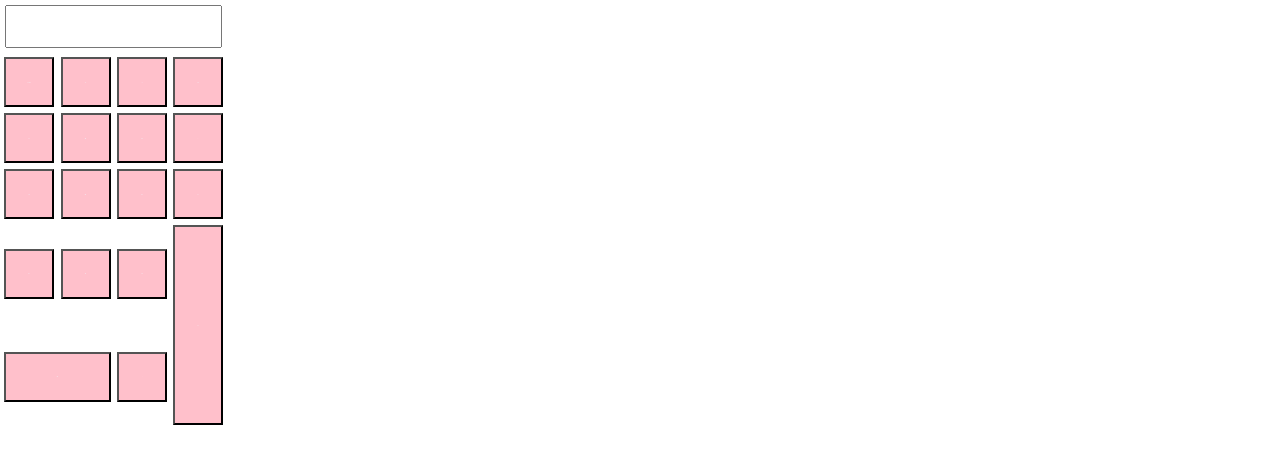
Repository: lacey-crenshaw/calculator
Page: index.html
An editor plug-in stored every save of this project. The page is shown before and after the next save, followed by the edit.
The browser window is 1280 px wide. The pictures show the whole page.

Above is the page before, as saved 2020-02-14 09:49:00.

After the next save:
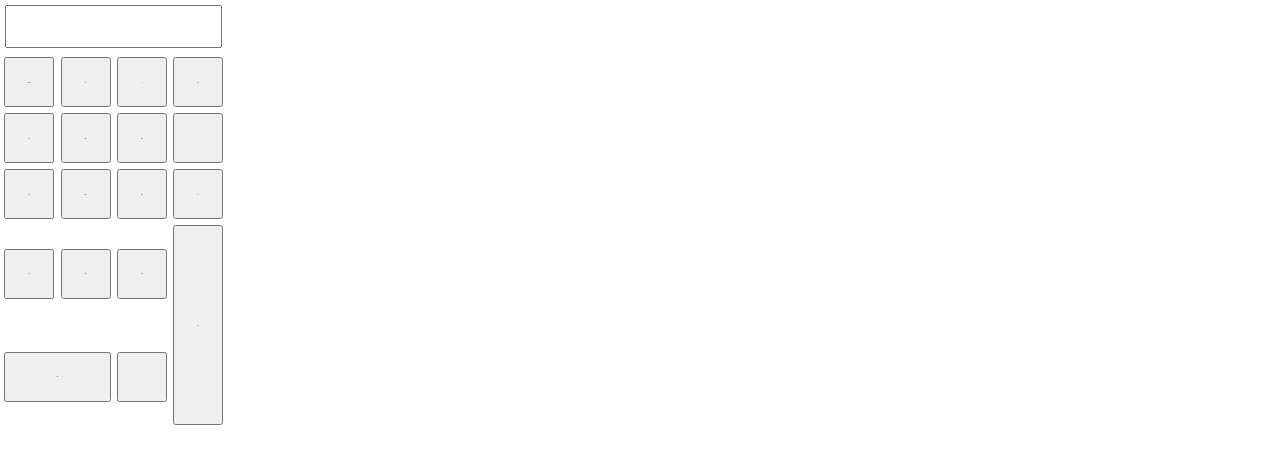
Saved 19 s later.
--- a/style.css
+++ b/style.css
@@ -9,8 +9,6 @@
     font-size: 2.5;
     margin: 2;
     cursor: pointer;
-    background-color: pink;
-    color: aliceblue;
 }
 
 .textview {
